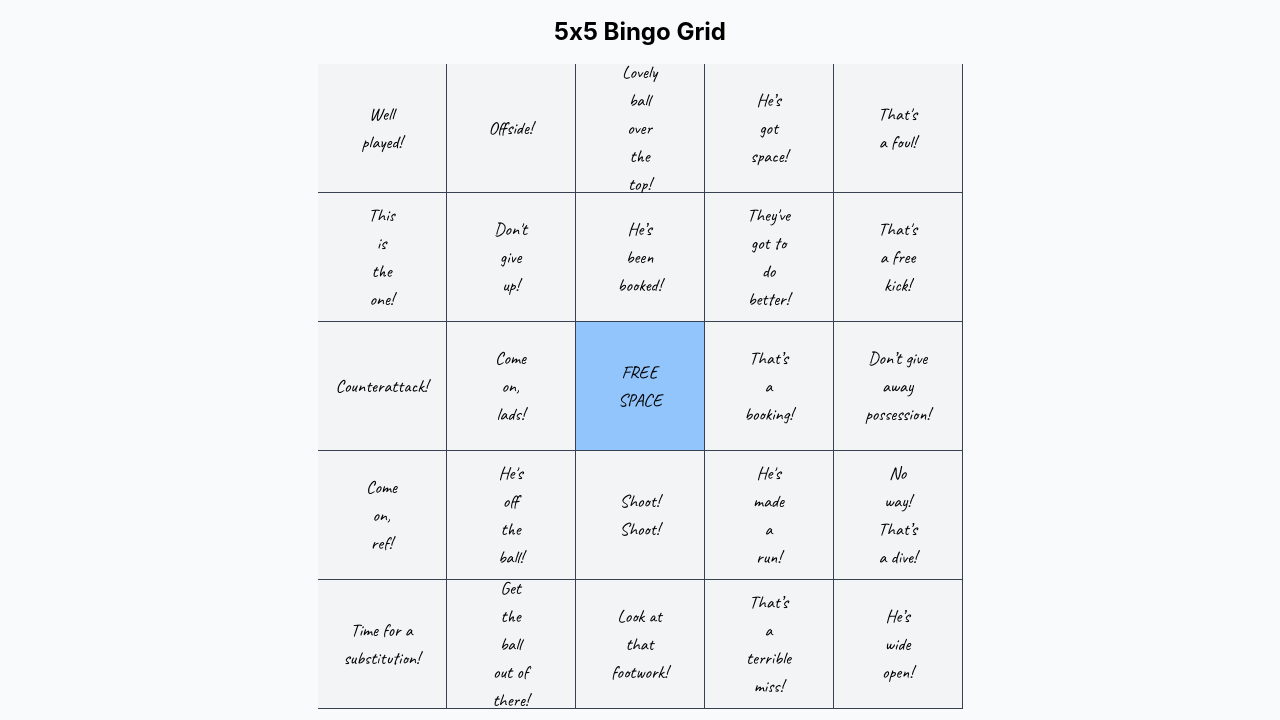
Repository: yassirbn/football-bingo
Page: /
The author's editor kept a copy of each file at every save. The page is drawn from the files as they stood at one save, then again after a run of saves.
The browser window is 1280 px wide. The pictures show the whole page.
The project was rebuilt for these pictures with package versions that can differ from the ones it lists, and the page was loaded fresh each time.

Above is the page before, as saved 2024-11-27 12:24:30.

After the next 2 saves:
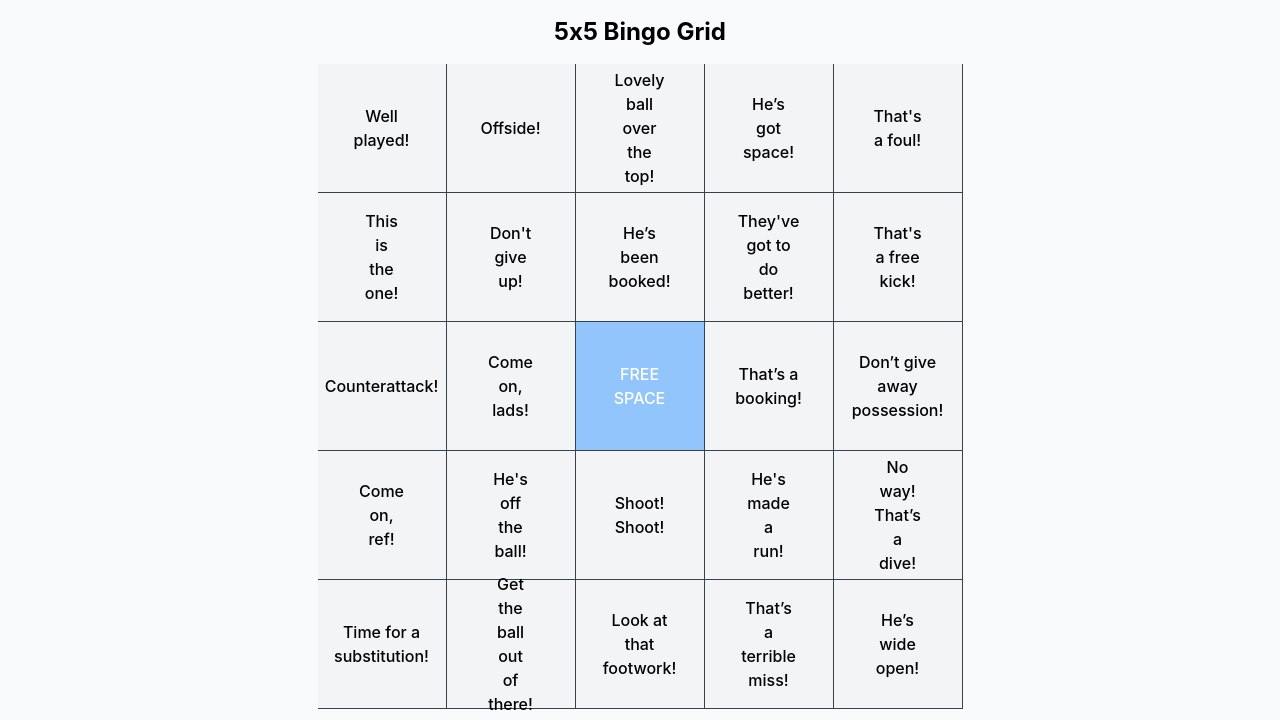
The 2 saves are shown as one change because they came seconds apart.
The last was saved 2 min 20 s later.
--- a/src/component/BingoGrid/BingoGrid.js
+++ b/src/component/BingoGrid/BingoGrid.js
@@ -118,11 +118,8 @@
                 minWidth: "50px", // Ensures the circle doesn't shrink smaller than this
               }}
             >
-              <span
-                className="text-xs sm:text-sm md:text-base lg:text-lg font-medium text-black font-handwritten"
-              >
-                {word}
-              </span>
+
+              {word}
             </div>
           </div>
         ))}

After the save that followed:
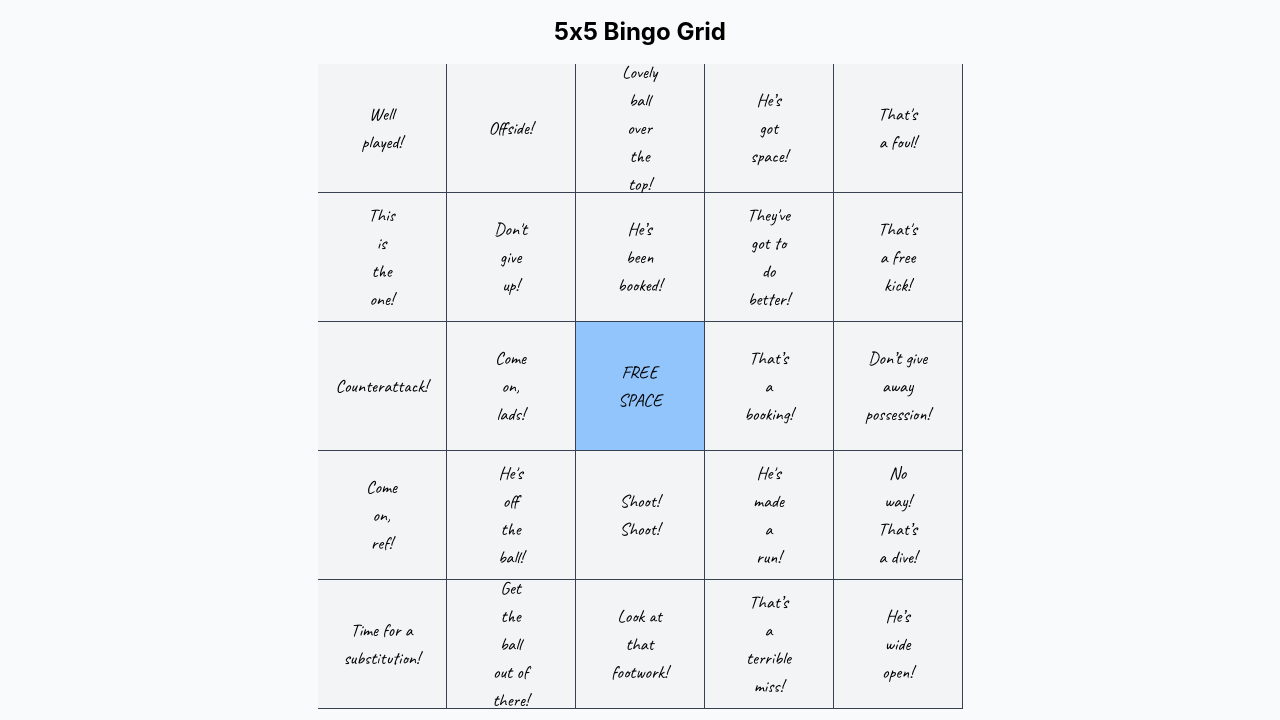
Saved 75 s later.
--- a/src/component/BingoGrid/BingoGrid.js
+++ b/src/component/BingoGrid/BingoGrid.js
@@ -118,8 +118,11 @@
                 minWidth: "50px", // Ensures the circle doesn't shrink smaller than this
               }}
             >
-
-              {word}
+              <span
+                className="text-xs sm:text-sm md:text-base lg:text-lg font-medium text-black font-handwritten"
+              >
+                {word}
+              </span>
             </div>
           </div>
         ))}
